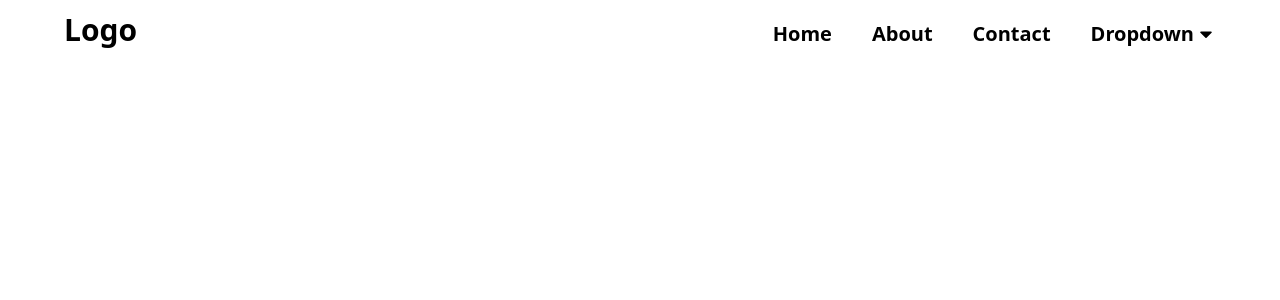
Repository: Ruchii02/restaurant-webpage
Page: / (app in my-project/)
The author's editor kept a copy of each file at every save. The page is drawn from the files as they stood at one save, then again after the next save.
The browser window is 1280 px wide. The pictures show the whole page.
Some web fonts or font styles are not loaded; a fallback is used. The project was rebuilt for these pictures with package versions that can differ from the ones it lists, and the page was loaded fresh each time. Also part of the build but not shown: my-project/vite.config.js.

Above is the page before, as saved 2024-08-04 14:49:00.

After the next save:
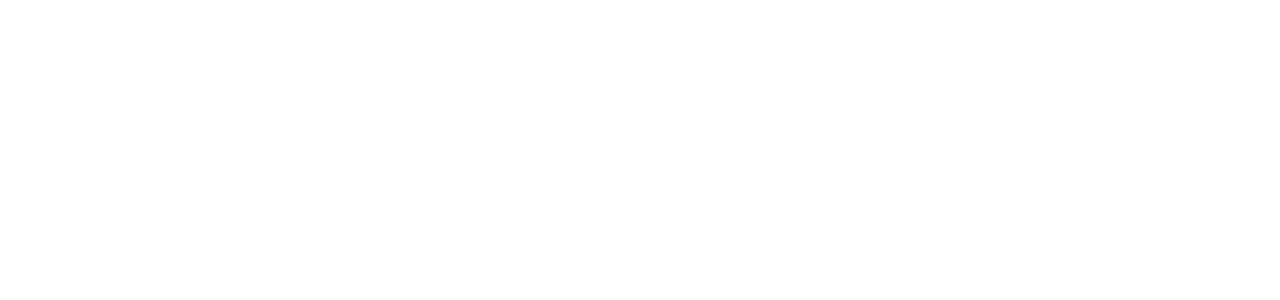
Console error (its wording comes from the project's code and is left out).
Saved 8 min 3 s later.
--- a/my-project/src/components/Navbar/Navbar.jsx
+++ b/my-project/src/components/Navbar/Navbar.jsx
@@ -20,6 +20,29 @@
 
     },
 ];
+
+const DropdownLinks = [
+    {
+        id: 1,
+        name: "Vegetables",
+        link: "#",
+    },
+    {
+        id: 2,
+        name: "Fruits",
+        link: "#",
+    },
+    {
+        id: 3,
+        name: "Grains",
+        link: "#",
+    },
+    {
+        id: 4,
+        name: "Drinks",
+        link: "#",
+    },
+]
  const Navbar = () => {
   return (
     <>
@@ -43,16 +66,31 @@
                 {/*dropdown and links*/}
                 <li className='cursor-pointer group'>
                     <a href='#'
-                    className='inline-block
+                         className='inline-block
                             hover:text-primary text-xl font-semibold'>
                                 <div className='flex items-center gap-[2px] py-2'>
-                                Dropdown
-                                <span>
+                                  Dropdown
+                                  <span>
                                     <FaCaretDown className='group-hover:rotate-180 duration-300'/>
-                                </span>
+                                  </span>
                                 </div>
-
                             </a>
+                            {/*dropdown section*/}
+                            <div>
+                                <ul>
+                                    {
+                                        DropdownLinks.map((data)=>(
+                                            <li>
+                                                <a href='#'
+                                                  className='inline-block
+                                                  hover:text-primary text-xl font-semibold'>
+                                                    {data}
+                                                  </a>
+                                            </li>
+                                        ))
+                                    }
+                                </ul>
+                            </div>
                 </li>
             </ul>
          </div>

After the 2 saves that followed:
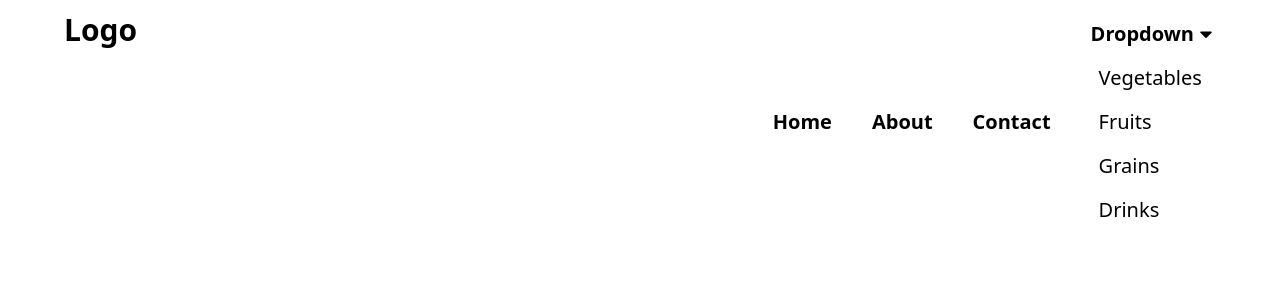
The error is gone.
The 2 saves are shown as one change because 1 left the picture as it was.
The last was saved 2 min 12 s later.
--- a/my-project/src/components/Navbar/Navbar.jsx
+++ b/my-project/src/components/Navbar/Navbar.jsx
@@ -82,9 +82,9 @@
                                         DropdownLinks.map((data)=>(
                                             <li>
                                                 <a href='#'
-                                                  className='inline-block
-                                                  hover:text-primary text-xl font-semibold'>
-                                                    {data}
+                                                  className='inline-block w-full rounded-md p-2
+                                                  hover:bg-primary/20 text-xl '>
+                                                    {data.name}
                                                   </a>
                                             </li>
                                         ))
